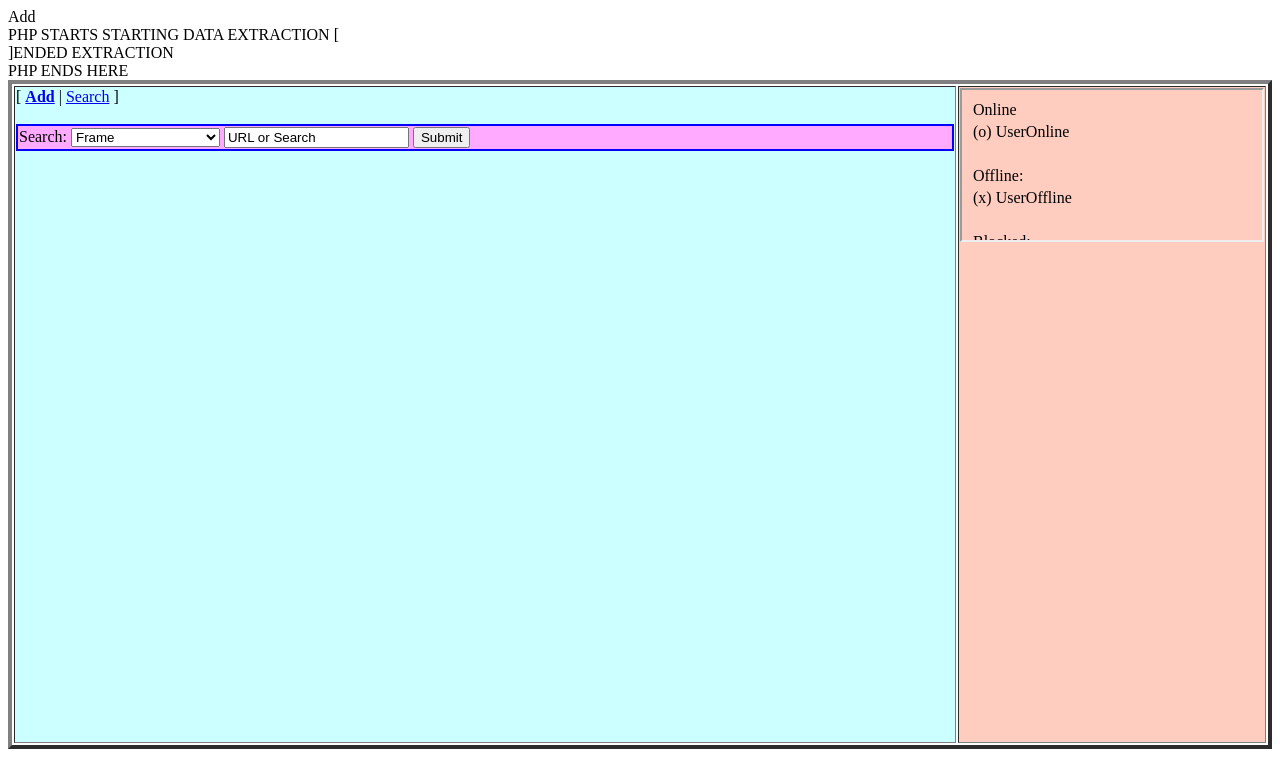
Repository: nevinleiby/SwapRC
Page: http://localhost/add_interface.php
These files come from the project's save history. The page is drawn as it stood at one moment and after the next save; the edit follows.
The browser window is 1280 px wide. The pictures show the whole page.
The page is run by PHP 8.4 with error messages shown; the project is at /var/www/html/. Queries for data that is not in the repository find no rows.

Above is the page before, as saved 2019-09-09 01:21:24.

### add_interface.php
<html>
    <title>
        SwapRC:Add
    </title>
    <body>
            Add
            <br>
            PHP STARTS
            <?php
                require_once 'login_cobalt.php';
                $connection = new mysqli($hn, $un, $pw, $db);
                if ($connection->connect_error) die ("Fatal Error");

                // Select the table
                $table_name = 'Receiver';

                $query = "SELECT * FROM $table_name";
                $result = $connection->query($query);

                if (! $result) die ("Fatal Error");
                $rows = $result->num_rows;
                //echo "((($row)))<br>";


                echo "STARTING DATA EXTRACTION [<br>";
                // Step through each result:
                for ($j = 0; $j < $rows ; ++$j)
                {
                   $result->data_seek($j);
                    //echo .htmlspecialchars ($result->fetch_assoc()['test']) . '<br>';
                    echo "((" . $result->fetch_assoc()['frequency'] . '))<br>';
                    echo '==['. $result->fetch_assoc()['transmit_power_min'] . ']==<br>';
                }
                echo "]ENDED EXTRACTION<br>";



                $result->close();
                $connection->close();
            ?>
            PHP ENDS HERE

            <br>
            <table border=4 width=100% height=95%>
                <tr border=4 height=95%>
                    <td width = 80% border=2 bgcolor="#ccffff" valign=top height=95%>
                        [
                        <b><a href="./add_interface.html">Add</a></b> |
                        <a href="./search_interface.html">Search</a>
                        ]

                        <form>
                        <br>
                        <table width=100% height=95% bgcolor=blue>
                            <tr height=95% style="height:95%">
                                <td valign=top bgcolor="#ffaaff" style="height:95%">
                                    Search:
                                    <select name="category">
                                            <option value = "frame">Frame</option>
                                            <option value = "fc">Flight Controller</option>
                                            <option value = "esc">ESC</option>
                                            <option value = "motor">Motors</option>
                                            <option value = "propeller">Propeller</option>
                                            <option value = "fpv_camera">FPV Camera</option>
                                            <option value = "transmitter">Transmitter</option>
                                            <option value = "antenna">Antenna</option>
                                            <option value = "vtx">VTX</option>
                                            <option value = "receiver">Receiver</option>
                                            <option value = "battery">Battery</option>
                                            <option value = "pdb">PDB</option>
                                            <option value = "hardware">Hardware</option>
                                            <option value = "3d_print">3D Prints</option>
                                            <option value = "goggles">FPV Goggles</option>
                                            <option value = "video_monitors">FPV Video Monitors</option>
                                            <option value = "video_receivers">FPV Video Receivers</option>
                                            <option value = "swag">Swag</option>
                                    </select>
                                    <input type=text name="Name" value = "URL or Search" >
                                    <input type=submit name="submit">


                                </td>

                            </tr>
                        </table>
                        </form>

                    </td>
                    <td border=2 bgcolor="ffccccc" valign=top height=95%>
                        <frameset>
                            <iframe src="./frame_users.html">
                        </frameset>
                    </td>
                </tr>
            </table>
    </body>

</html>

### login_cobalt.php
<?php
    // login_cobalt.php
    $hn = 'localhost';
    $db = 'swaprc';
    $un = 'nevin';
    $pw = 'kdie4all';
?>

### frame_users.html
<html>
    <title>
        SwapRC : Users
    </title>
    <body>
        <table>
            <tr><td>Online</td></tr>
            <tr><td>(o) UserOnline</td></tr>

            <tr><td>&nbsp;</td></tr>
            <tr><td>Offline:</td></tr>
            <tr><td>(x) UserOffline</td></tr>

            <tr><td>&nbsp;</td></tr>
            <tr><td>Blocked:</td></tr>
            <tr><td>(b) UserBlocked</td></tr>

        </table>
    </body>
</html>

After the next save:
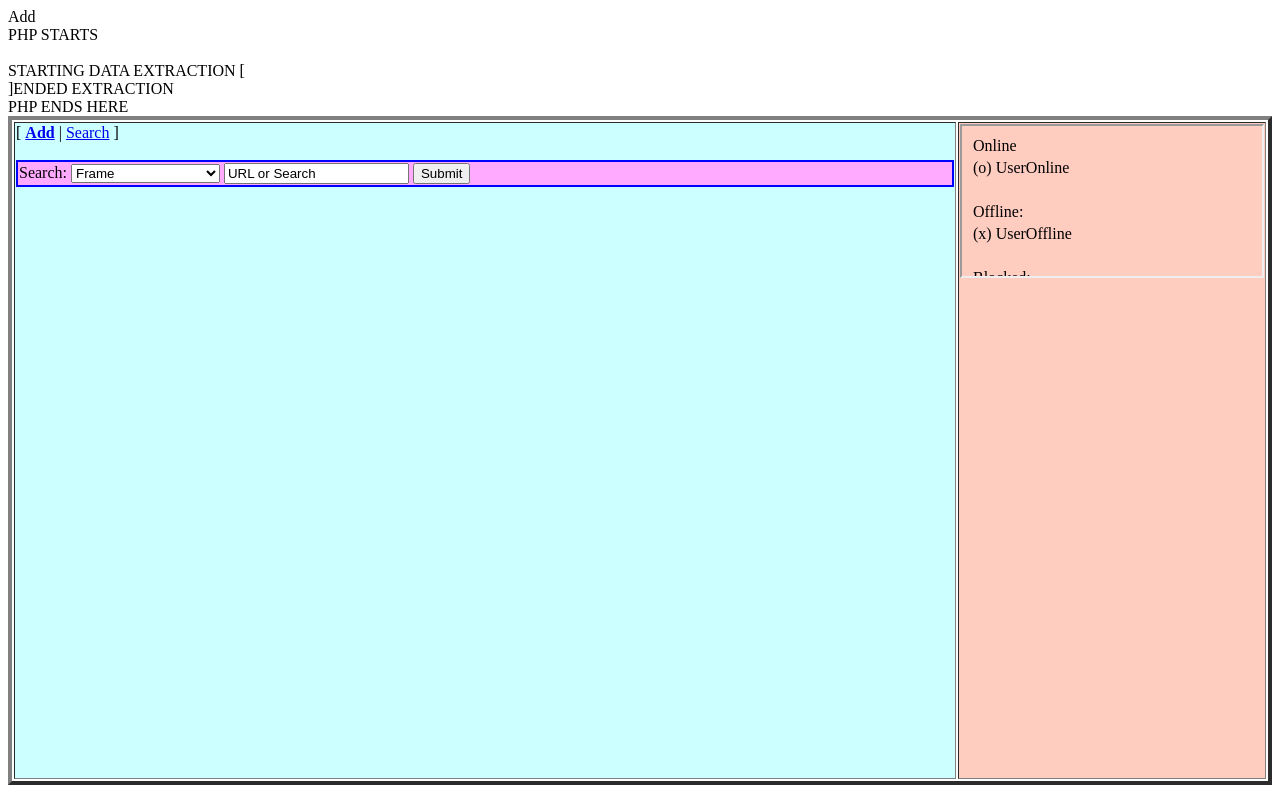
Saved 11 s later.
--- a/add_interface.php
+++ b/add_interface.php
@@ -22,7 +22,7 @@
                 //echo "((($row)))<br>";
 
 
-                echo "STARTING DATA EXTRACTION [<br>";
+                echo "<br><br>STARTING DATA EXTRACTION [<br>";
                 // Step through each result:
                 for ($j = 0; $j < $rows ; ++$j)
                 {
